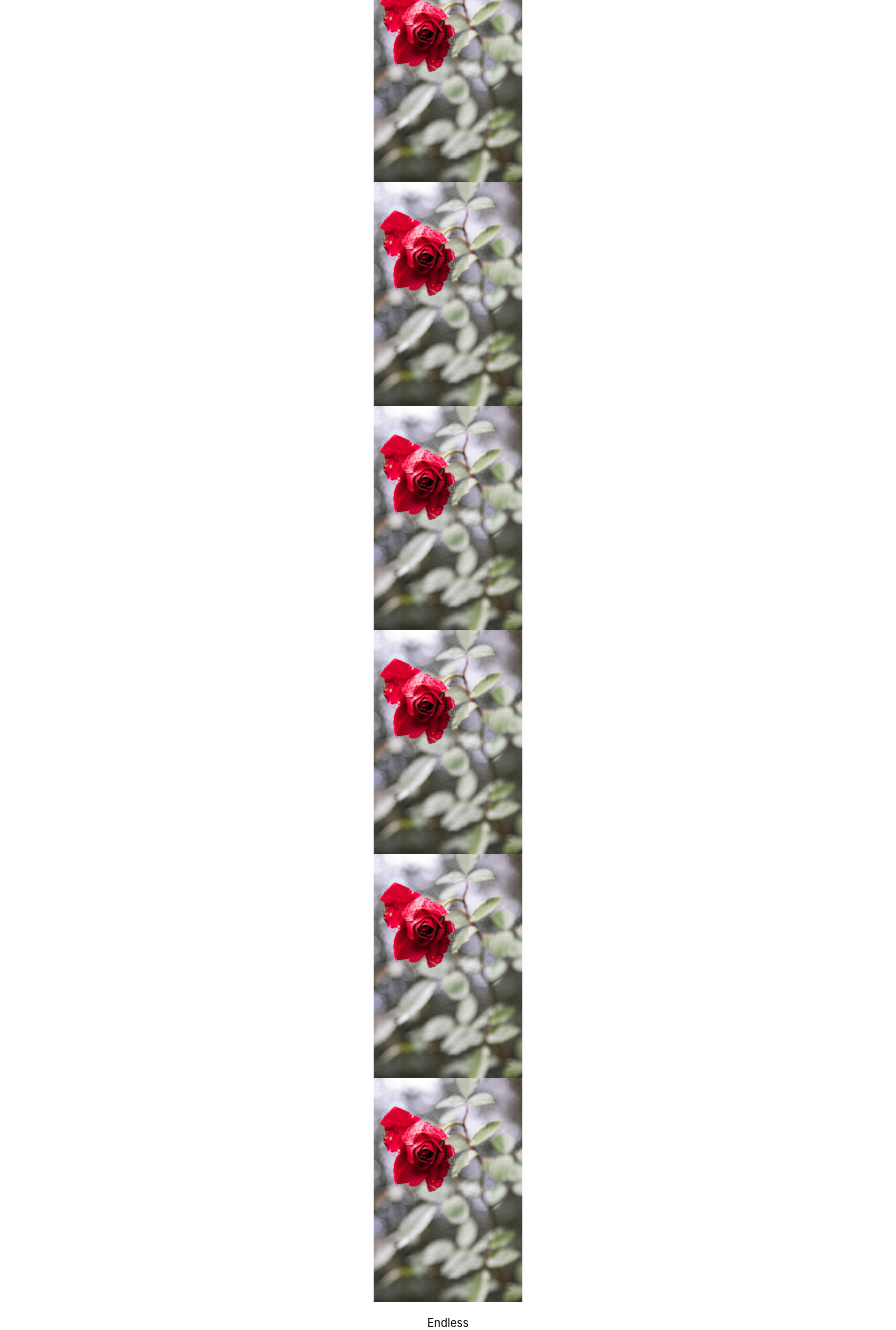
Repository: vakharia5/Preview
Page: /
These files come from the project's save history. The page is drawn as it stood at one moment and after the next save; the edit follows.
The browser window is 1280 px wide. The pictures show the part of the page from y = 700 to 2620 px (the page is 2600 px tall before and 2620 px after), at 70% of full size.
The project was rebuilt for these pictures with package versions that can differ from the ones it lists, and the page was loaded fresh each time.

Above is the page before, as saved 2020-06-22 14:31:41.

### src/App.js
import React from 'react';
import logo from './logo.svg';
import './App.css';
import CardList from './components/CardList';

function App() {
  return (
    <div className="App">

    <CardList/>


    </div>
  );
}

export default App;

### src/components/CardList.js
import React, { Component } from 'react'
import {Card,Container,Row,Col} from 'react-bootstrap';
import img from '../assets/Images/download.jpg';
import Data from '../assets/data.json';

class CardList extends Component {
    render() {
        return (
   <div>
   <Container>
   <Row sm={1} md={2} lg={4}>
    {console.log(Data)}
    { Data.map(data => <Card  border="secondary" style={{ height : '20rem'}}>
      <Card.Img src={img} alt="Card image" style={{ height : '20rem'}} />
      <Card.ImgOverlay>
        <Card.Title>{data.Title}</Card.Title>
        <Card.Text>
        {data.name}
        </Card.Text>
      </Card.ImgOverlay>
    </Card>)

}

</Row>
</Container>
      </div>
        )
        }
}
export default CardList

### src/assets/data.json
[
    {
        "id": 1,
        "title" : "travel",
        "name": "Explore",
        "image": ""
    },
   {
        "id": 2,
        "title" : "travel",
        "name": "Pyramids",
        "image": ""
    },
    {
        "id": 3,
        "title" : "travel",
        "name": "Discover",
        "image": ""
    },
    {
        "id": 4,
        "title" : "travel",
        "name": "Endless",
        "image": ""
    },
     {
        "id": 5,
        "title" : "travel",
        "name": "Explore",
        "image": ""
    },
    {
        "id": 6,
        "title" : "travel",
        "name": "Pyramids",
        "image": ""

    },
    {
        "id": 7,
        "title" : "travel",
        "name": "Discover",
        "image": ""

    },
    {
        "id": 8,
        "title" : "travel",
        "name": "Endless",
        "image": ""
    }

]

Loaded but not shown: src/index.js (common file); src/index.css (common file); src/serviceWorker.js (common file); src/App.css (common file)

After the next save:
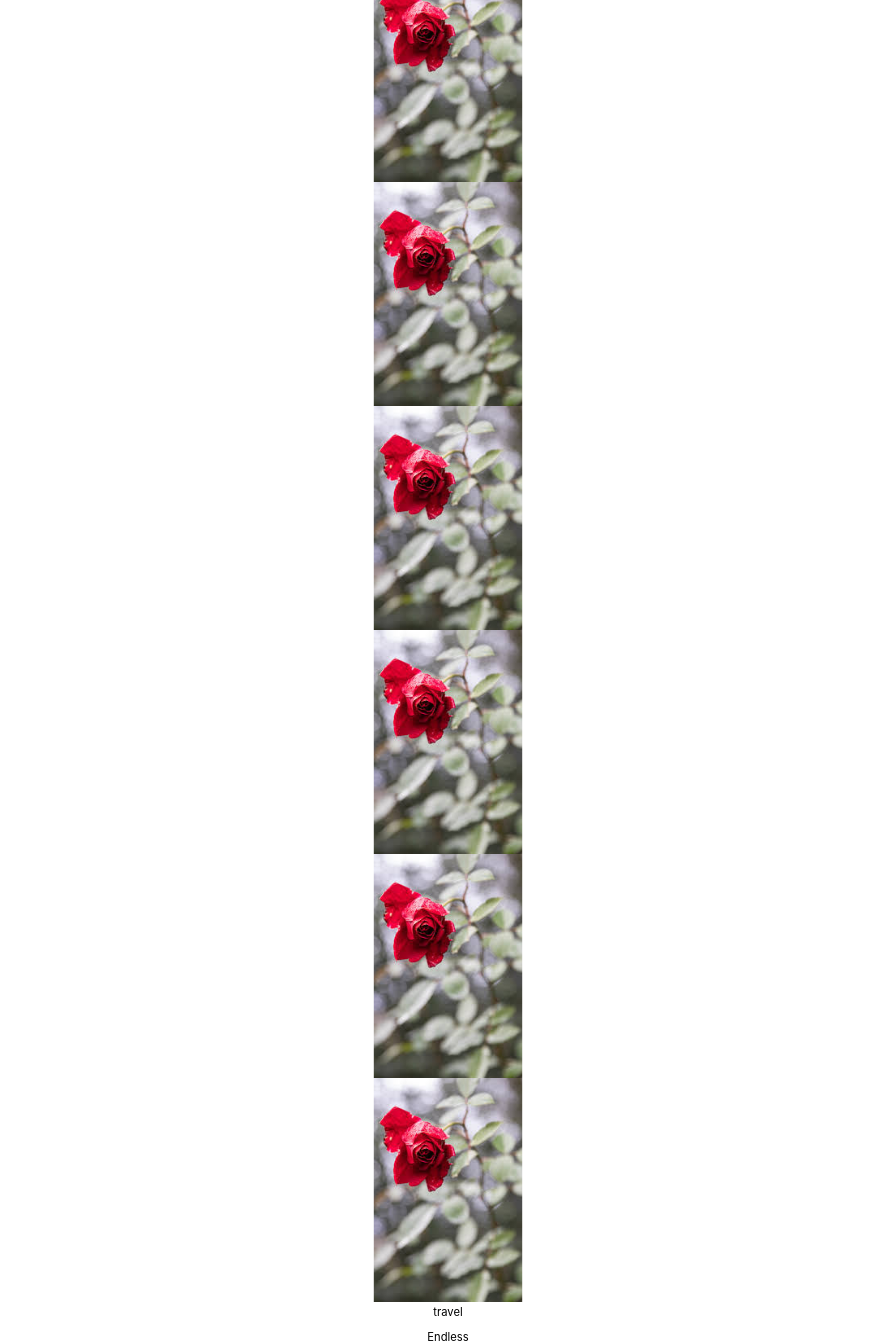
Saved 8 s later.
--- a/src/components/CardList.js
+++ b/src/components/CardList.js
@@ -13,7 +13,7 @@
     { Data.map(data => <Card  border="secondary" style={{ height : '20rem'}}>
       <Card.Img src={img} alt="Card image" style={{ height : '20rem'}} />
       <Card.ImgOverlay>
-        <Card.Title>{data.Title}</Card.Title>
+        <Card.Title>{data.title}</Card.Title>
         <Card.Text>
         {data.name}
         </Card.Text>
